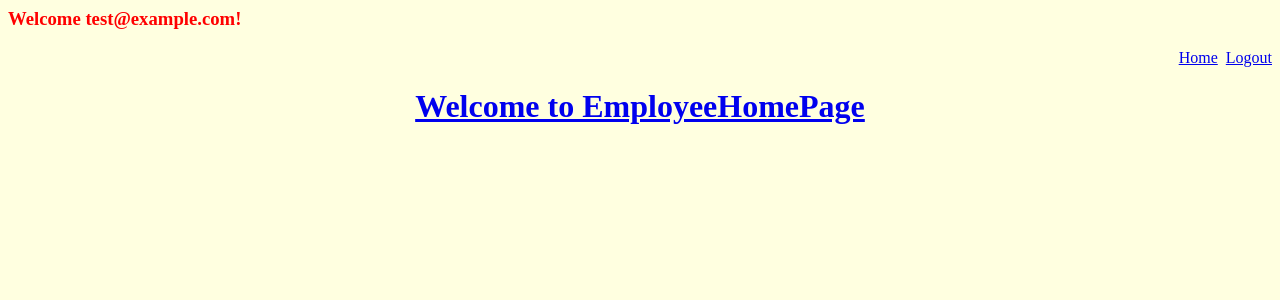
Repository: rajeshyadav3/Advjava
Page: http://localhost/EmpWebApp/EmpHomePage
The author's editor kept a copy of each file at every save. The page is drawn from the files as they stood at one save, then again after the next save.
The browser window is 1280 px wide. The pictures show the whole page.
The page is served by Tomcat 9. The session is filled in as if someone had signed in: {"emailId": "test@example.com", "emp": 1}. Other server files are loaded and not shown.

Above is the page before, as saved 2024-01-08 09:24:57.

### workspace2/EmpWebApp/src/com/web/EmpHomePage.java
package com.web;

import java.io.IOException;
import java.io.PrintWriter;

import javax.servlet.ServletException;
import javax.servlet.annotation.WebServlet;
import javax.servlet.http.HttpServlet;
import javax.servlet.http.HttpServletRequest;
import javax.servlet.http.HttpServletResponse;
import javax.servlet.http.HttpSession;


@WebServlet("/EmpHomePage")
public class EmpHomePage extends HttpServlet {

	protected void doGet(HttpServletRequest request, HttpServletResponse response) throws ServletException, IOException {

		response.setContentType("text/html");
		PrintWriter out = response.getWriter();

		//String emailId = request.getParameter("emailId");
		HttpSession session = request.getSession(false);
		String emailId = (String) session.getAttribute("emailId");

		out.println("<body bgcolor='lightyellow' text='green'>");

		out.print("<h3 style='color:red;'>Welcome " + emailId + "!</h3>");

		out.print("<form align='right'>");
		out.print("<a href='EmpHomePage'>Home</a> &nbsp;");
		out.print("<a href='Logout'>Logout</>");
		out.print("<form>");

		out.println("<center>");
		out.println("<h1>Welcome to EmployeeHomePage</h1>");
		out.println("</center>");
		out.println("</body>");
	}


	protected void doPost(HttpServletRequest request, HttpServletResponse response) throws ServletException, IOException {

		doGet(request, response);
	}

}

After the next save:
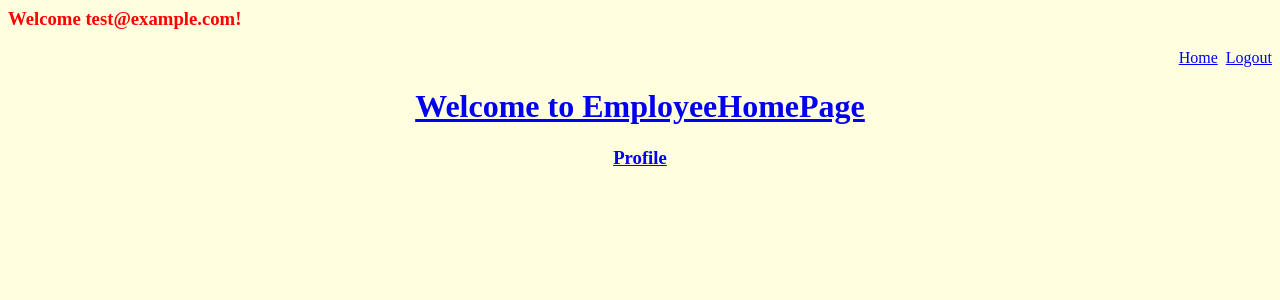
Saved 81 s later.
--- a/workspace2/EmpWebApp/src/com/web/EmpHomePage.java
+++ b/workspace2/EmpWebApp/src/com/web/EmpHomePage.java
@@ -34,6 +34,7 @@ public class EmpHomePage extends HttpServlet {
 
 		out.println("<center>");
 		out.println("<h1>Welcome to EmployeeHomePage</h1>");
+		out.println("<h3><a href='Profile'>Profile</a></h3>");
 		out.println("</center>");
 		out.println("</body>");
 	}
